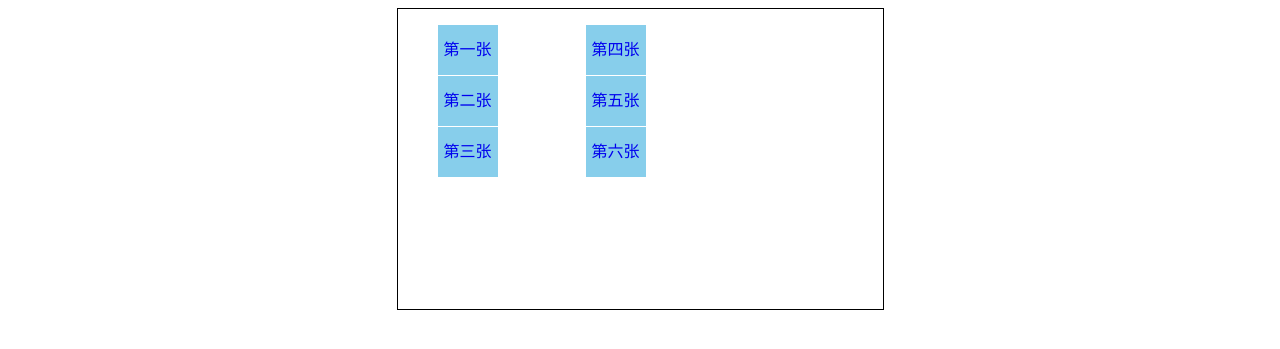
Repository: ldqml/project
Page: jQ/taobao.html
An editor plug-in stored every save of this project. The page is shown before and after the next save, followed by the edit.
The browser window is 1280 px wide. The pictures show the whole page.

Above is the page before, as saved 2022-07-09 16:47:33.

After the next save:
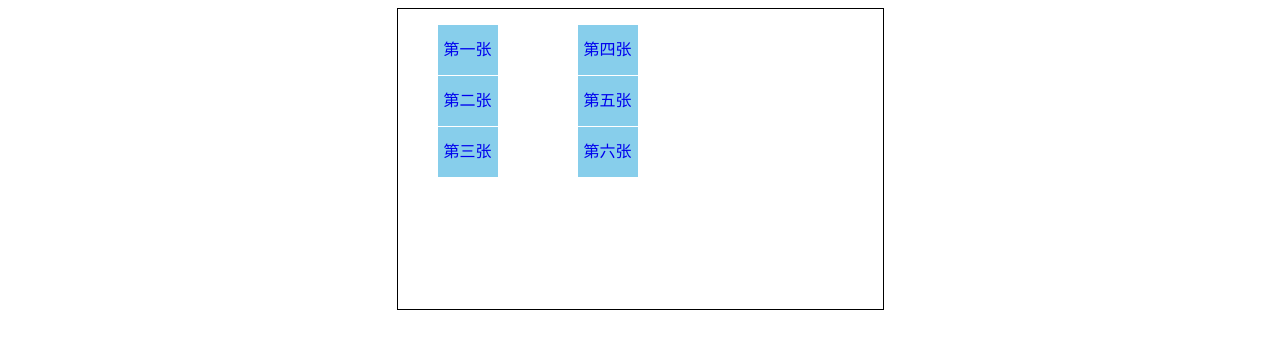
Saved 42 s later.
--- a/jQ/taobao.html
+++ b/jQ/taobao.html
@@ -12,6 +12,9 @@
             margin: 0 auto;
             border: 1px solid;
 
+        }
+        .da >ul{
+            float: left;
         }
         ul{
             list-style: none;
